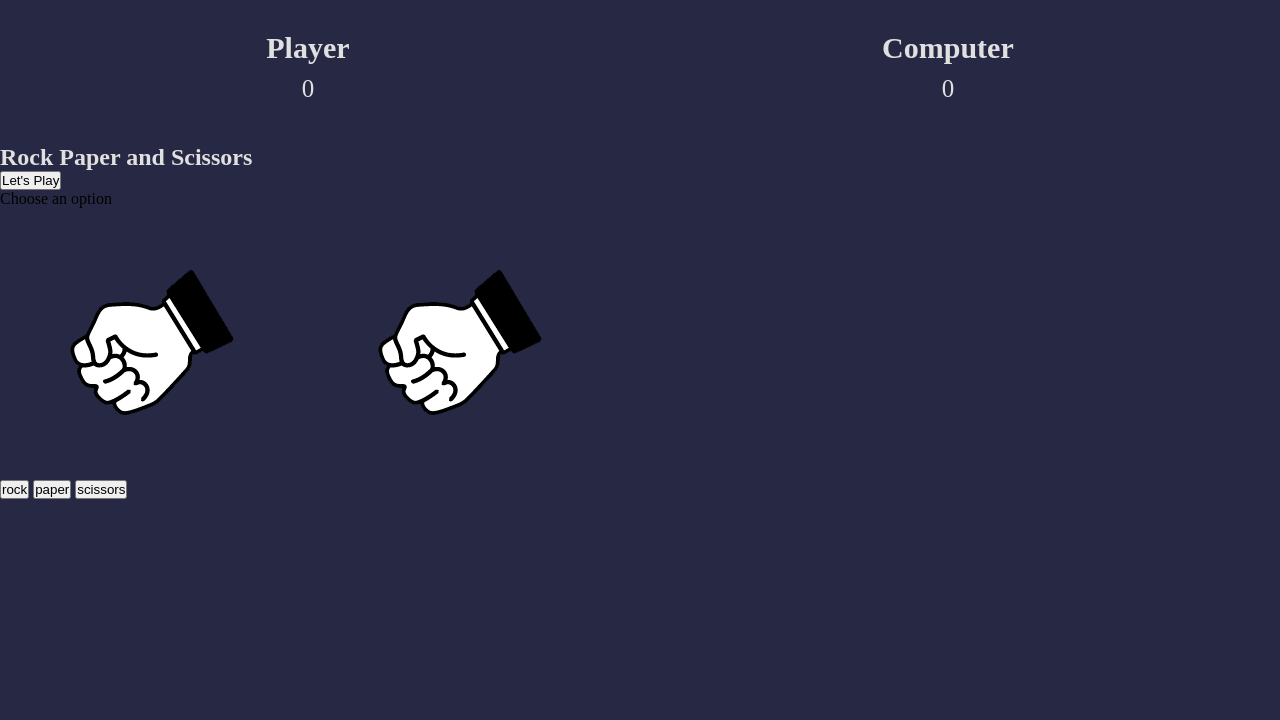
Repository: issaRan/Rock-Paper-Scissors
Page: index.html
The author's editor kept a copy of each file at every save. The page is drawn from the files as they stood at one save, then again after the next save.
The browser window is 1280 px wide. The pictures show the whole page.

Above is the page before, as saved 2020-10-23 22:32:15.

After the next save:
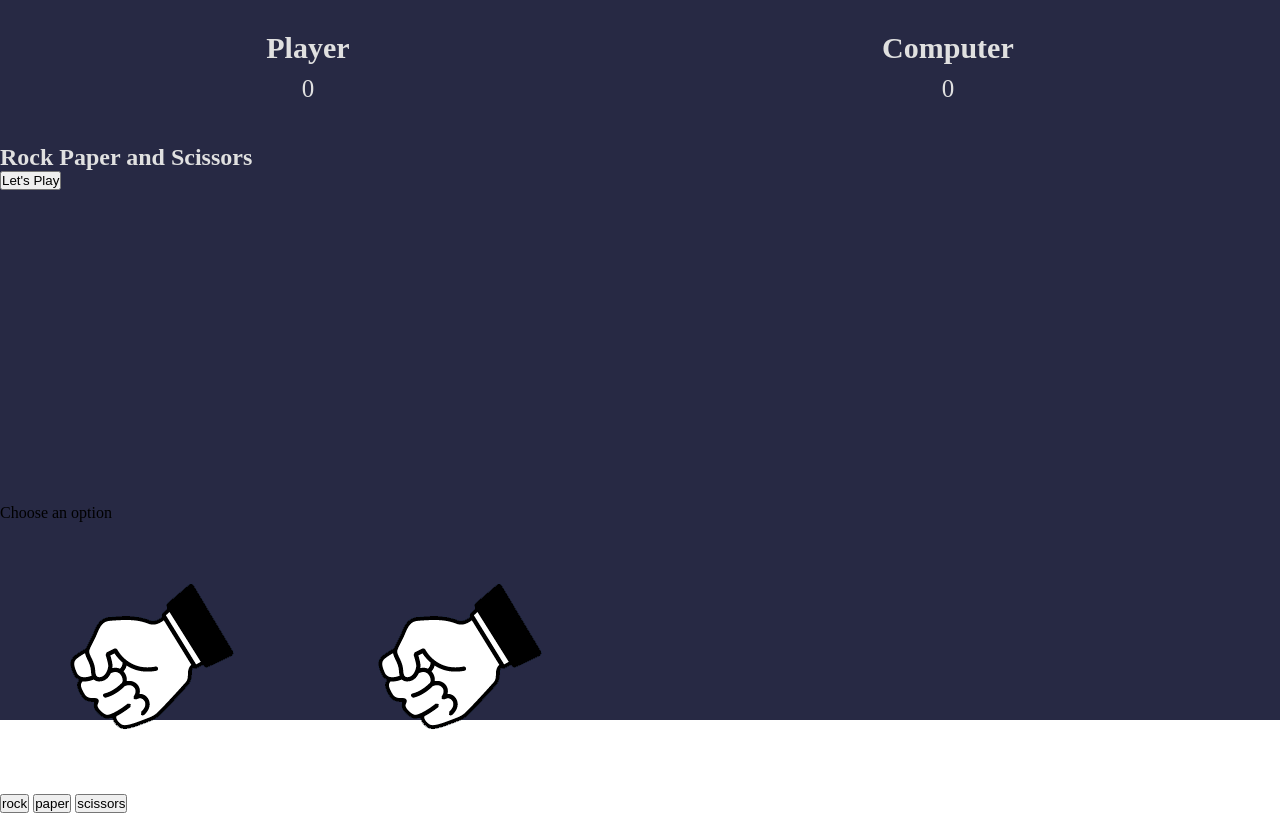
Saved 44 s later.
--- a/style.css
+++ b/style.css
@@ -27,4 +27,6 @@ section{
 
 .intro {
     color: rgba(224, 224, 224);
+    height: 50vh;
+    flex-direction: column;
 }
